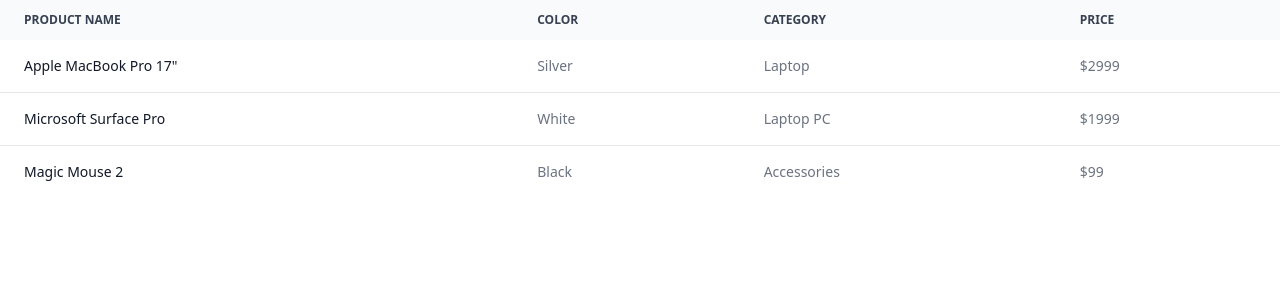
Repository: theanmol-raj/2010080029
Page: /
The author's editor kept a copy of each file at every save. The page is drawn from the files as they stood at one save, then again after the next save.
The browser window is 1280 px wide. The pictures show the whole page.
The project was rebuilt for these pictures with package versions that can differ from the ones it lists, and the page was loaded fresh each time. Also part of the build but not shown: src/components/IndividualTrainINfo.jsx.

Above is the page before, as saved 2023-04-29 20:11:39.

### src/index.js
import React from 'react';
import ReactDOM from 'react-dom/client';
import './index.css';
import App from './App';
import { BrowserRouter  } from "react-router-dom";


const root = ReactDOM.createRoot(document.getElementById('root'));
root.render(
    <BrowserRouter>

        <App />
    </BrowserRouter>

);

### src/App.js
import { Route ,Routes } from "react-router-dom";
import instance from "./axios";
import { useState ,useEffect } from "react";
import TrainINfo from "./components/TrainINfo";
import IndividualTrainINfo from "./components/IndividualTrainINfo";



function App() {
  // {
  //   "companyName": "Anmol Train Company",
  //   "clientID": "17d8bdd4-05e1-4a46-84d1-117cefa947ce",
  //   "clientSecret": "gqubNiIzWcEZsdyU",
  // }







  return (
    <div className="">
        <Routes>
          <Route path="/" element={<TrainINfo />}  />
          <Route path="/q=:id" element={<IndividualTrainINfo />}  />


     </Routes>
    </div>
  );
}

export default App;

### src/axios.js
import axios from "axios";

const config = {
  headers: {
    "Access-Control-Allow-Origin": "*",
    "Content-Type": "text/plain",
  },
};
const instance = axios.create({
  baseURL: "http://104.211.219.98",
  https: config,
});

export default instance;

### src/components/TrainINfo.jsx
import React from 'react'

function TrainINfo() {
  return (
    <div class="relative overflow-x-auto">
    <table class="w-full text-sm text-left text-gray-500 dark:text-gray-400">
        <thead class="text-xs text-gray-700 uppercase bg-gray-50 dark:bg-gray-700 dark:text-gray-400">
            <tr>
                <th scope="col" class="px-6 py-3">
                    Product name
                </th>
                <th scope="col" class="px-6 py-3">
                    Color
                </th>
                <th scope="col" class="px-6 py-3">
                    Category
                </th>
                <th scope="col" class="px-6 py-3">
                    Price
                </th>
            </tr>
        </thead>
        <tbody>
            <tr class="bg-white border-b dark:bg-gray-800 dark:border-gray-700">
                <th scope="row" class="px-6 py-4 font-medium text-gray-900 whitespace-nowrap dark:text-white">
                    Apple MacBook Pro 17"
                </th>
                <td class="px-6 py-4">
                    Silver
                </td>
                <td class="px-6 py-4">
                    Laptop
                </td>
                <td class="px-6 py-4">
                    $2999
                </td>
            </tr>
            <tr class="bg-white border-b dark:bg-gray-800 dark:border-gray-700">
                <th scope="row" class="px-6 py-4 font-medium text-gray-900 whitespace-nowrap dark:text-white">
                    Microsoft Surface Pro
                </th>
                <td class="px-6 py-4">
                    White
                </td>
                <td class="px-6 py-4">
                    Laptop PC
                </td>
                <td class="px-6 py-4">
                    $1999
                </td>
            </tr>
            <tr class="bg-white dark:bg-gray-800">
                <th scope="row" class="px-6 py-4 font-medium text-gray-900 whitespace-nowrap dark:text-white">
                    Magic Mouse 2
                </th>
                <td class="px-6 py-4">
                    Black
                </td>
                <td class="px-6 py-4">
                    Accessories
                </td>
                <td class="px-6 py-4">
                    $99
                </td>
            </tr>
        </tbody>
    </table>
</div>
  )
}

export default TrainINfo

### tailwind.config.js
/** @type {import('tailwindcss').Config} */
module.exports = {
  content: [
    "./src/**/*.{js,jsx,ts,tsx}",],
  theme: {
    extend: {},
  },
  plugins: [],
}

Loaded but not shown: public/index.html (common file); src/index.css (common file)

After the next save:
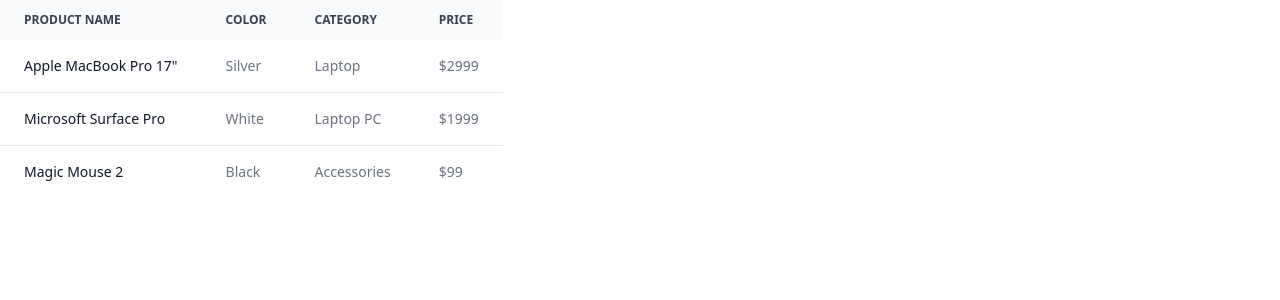
Saved 41 s later.
--- a/src/components/TrainINfo.jsx
+++ b/src/components/TrainINfo.jsx
@@ -2,7 +2,8 @@
 
 function TrainINfo() {
   return (
-    <div class="relative overflow-x-auto">
+    <div className=' flex max-w-7xl mx-auto'>
+        <div class="relative overflow-x-auto">
     <table class="w-full text-sm text-left text-gray-500 dark:text-gray-400">
         <thead class="text-xs text-gray-700 uppercase bg-gray-50 dark:bg-gray-700 dark:text-gray-400">
             <tr>
@@ -66,6 +67,7 @@
         </tbody>
     </table>
 </div>
+    </div>
   )
 }
 

After the save that followed:
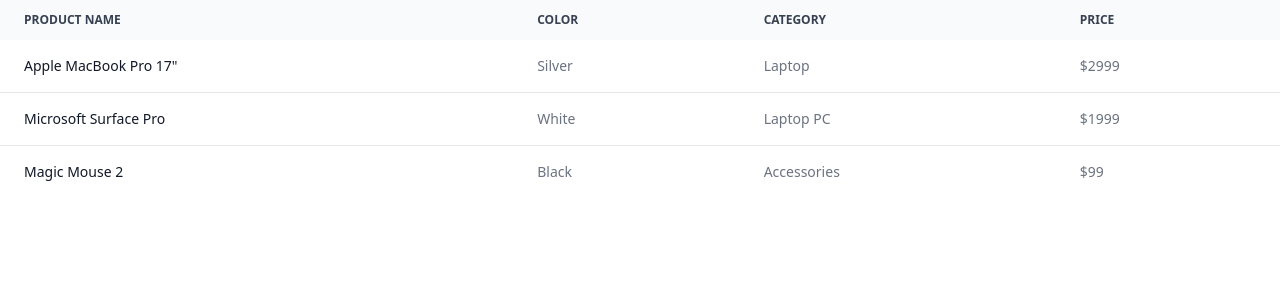
Saved 14 s later.
--- a/src/components/TrainINfo.jsx
+++ b/src/components/TrainINfo.jsx
@@ -3,7 +3,7 @@
 function TrainINfo() {
   return (
     <div className=' flex max-w-7xl mx-auto'>
-        <div class="relative overflow-x-auto">
+        <div class="relative  w-full">
     <table class="w-full text-sm text-left text-gray-500 dark:text-gray-400">
         <thead class="text-xs text-gray-700 uppercase bg-gray-50 dark:bg-gray-700 dark:text-gray-400">
             <tr>
